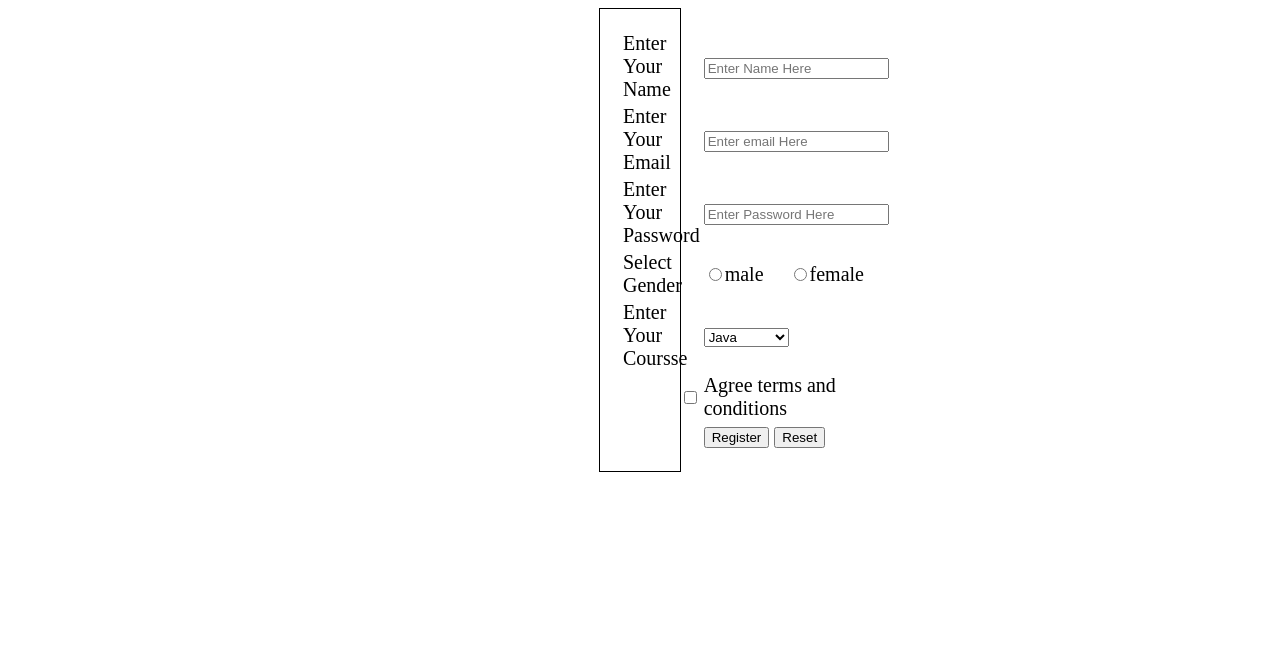
Repository: Attishgawali/JavaServletAndJSP
Page: DemoApp/src/main/webapp/form.html
These files come from the project's save history. The page is drawn as it stood at one moment and after the next save; the edit follows.
The browser window is 1280 px wide. The pictures show the whole page.

Above is the page before, as saved 2023-07-01 17:21:18.

### DemoApp/src/main/webapp/form.html
<!DOCTYPE html>
<html>
<head>
<meta charset="UTF-8">
<title>Fill Form</title>
	<style>
		.container{
			width: 40px;
			border: 1px solid black;
			margin: auto;
			padding: 20px;
			font-size: 20px;
		}
	</style>
</head>
<body>
	<div class="container">
		<table>
			<tr>
				<td>Enter Your Name </td>
				<td><input type="text" name="studetn_name" placeholder="Enter Name Here"></td>
			</tr>

			<tr>
				<td>Enter Your Email </td>
				<td><input type="email" name="studetn_email" placeholder="Enter email Here"></td>
			</tr>

			<tr>
				<td>Enter Your Password </td>
				<td><input type="password" name="studetn_password" placeholder="Enter Password Here"></td>
			</tr>

			<tr>
				<td>Select Gender </td>
				<td><input type="radio" name="studetn_gender" value="male">male &nbsp; &nbsp; <input type="radio" name="studetn_gender" value="female">female</td>
			</tr>

			<tr>
				<td>Enter Your Coursse </td>
				<td>
					<select name="student_course">
						<option value="Java">Java</option>
						<option value="Python">Python</option>
						<option value="C++">C++</option>
						<option value="JavaScript">JavaScript</option>
					</select>
				</td>
			</tr>

			<tr>
				<td style="text-align: right">
					<input type="checkbox" value="checked" name="condition">
				</td>
				<td>
					Agree terms and conditions
				</td>
			</tr>

			<tr>
				<td></td>
				<td>
					<button type="submit">Register</button>
					<button type="reset">Reset</button>
				</td>
			</tr>

		</table>
	</div>

</body>
</html>

After the next save:
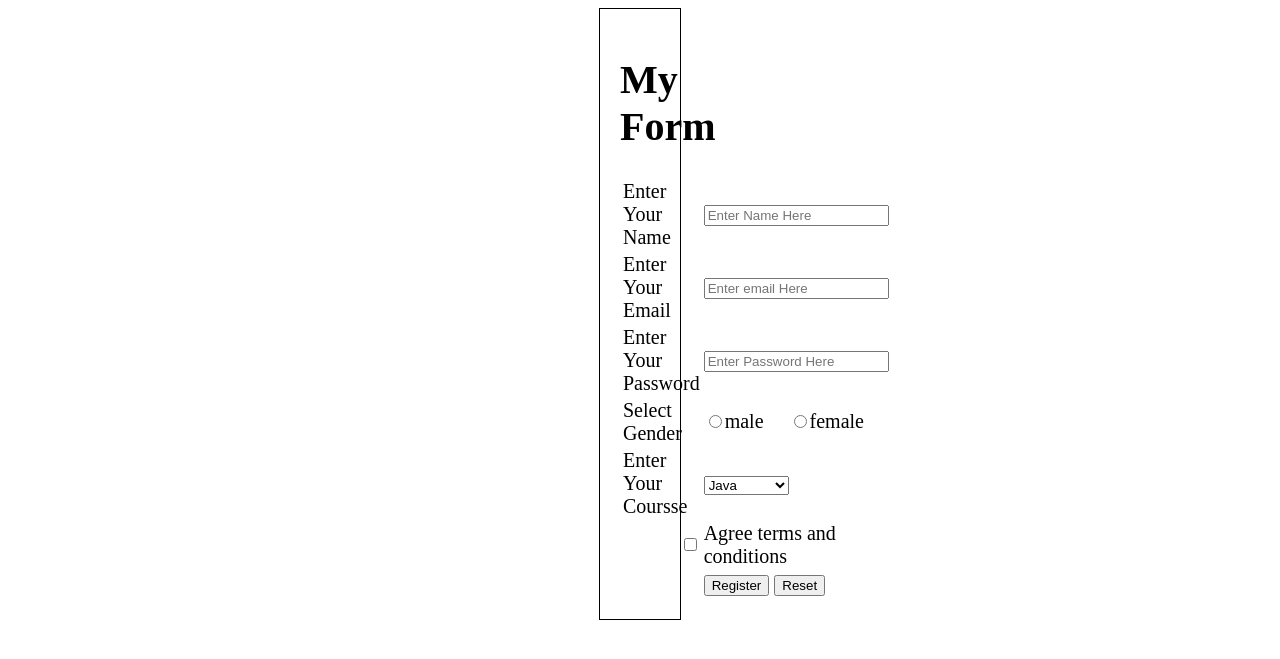
Saved 64 s later.
--- a/DemoApp/src/main/webapp/form.html
+++ b/DemoApp/src/main/webapp/form.html
@@ -15,6 +15,7 @@
 </head>
 <body>
 	<div class="container">
+		<h1>My Form</h1>
 		<table>
 			<tr>
 				<td>Enter Your Name </td>
